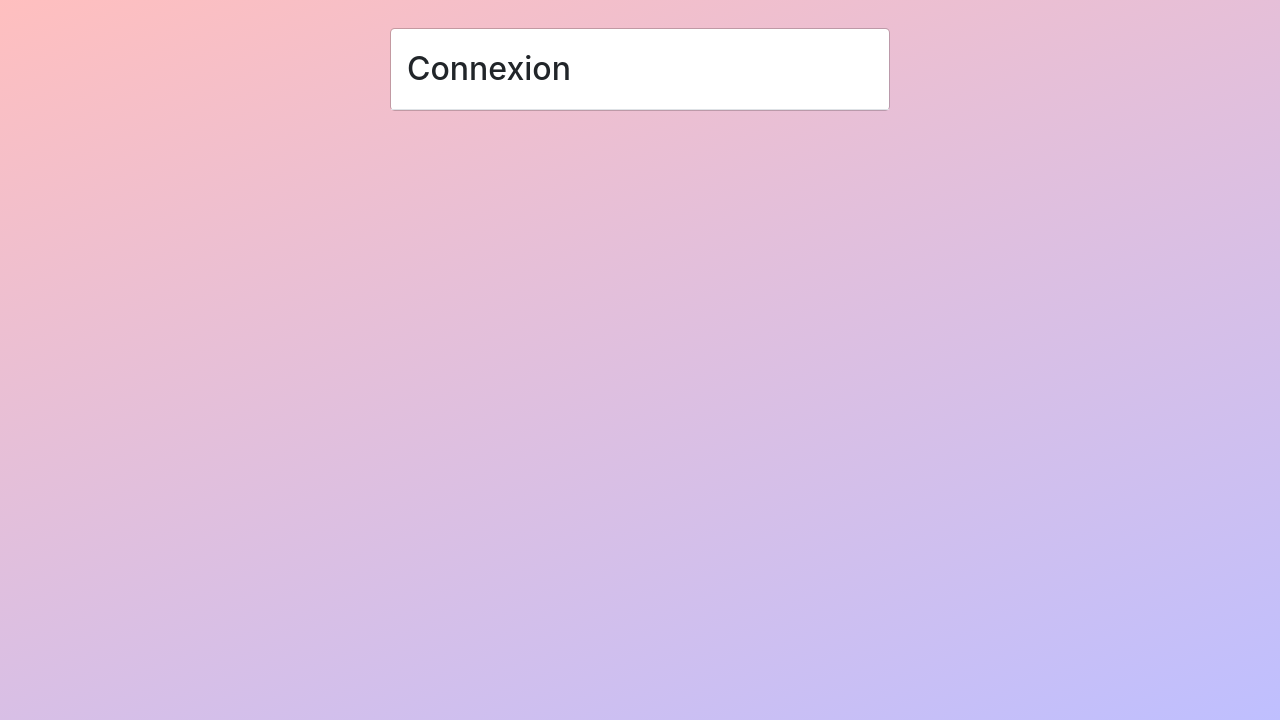
Repository: FS-23/react-task-manager
Page: /login
An editor plug-in stored every save of this project. The page is shown before and after the next save, followed by the edit.
The browser window is 1280 px wide. The pictures show the whole page.
The project was rebuilt for these pictures with package versions that can differ from the ones it lists, and the page was loaded fresh each time.

Above is the page before, as saved 2022-04-28 14:21:20.

### public/index.html
<!DOCTYPE html>
<html lang="en">
  <head>
    <meta charset="utf-8" />
    <link rel="icon" href="%PUBLIC_URL%/favicon.ico" />
    <meta name="viewport" content="width=device-width, initial-scale=1" />
    <meta name="theme-color" content="#000000" />
    <meta  name="description" content="Web site created using create-react-app"/>
    <link rel="apple-touch-icon" href="%PUBLIC_URL%/logo192.png" />

    <link rel="manifest" href="%PUBLIC_URL%/manifest.json" />

    <title>React App</title>

    <!-- CSS only -->
   <link href="https://cdn.jsdelivr.net/npm/bootstrap@5.1.3/dist/css/bootstrap.min.css" rel="stylesheet" >
  </head>
  <body>
    <noscript>You need to enable JavaScript to run this app.</noscript>
    <div id="root"></div>


    <!-- JavaScript Bundle with Popper -->
    <script src="https://cdn.jsdelivr.net/npm/bootstrap@5.1.3/dist/js/bootstrap.bundle.min.js"></script>
  </body>
</html>

### src/index.js
import React from 'react';
import ReactDOM from 'react-dom/client';
import './index.css';
import App from './App';
//import 'https://cdn.jsdelivr.net/npm/bootstrap@5.1.3/dist/css/bootstrap.min.css'

const root = ReactDOM.createRoot(document.getElementById('root'));
root.render(
  <React.StrictMode>
    <App />
  </React.StrictMode>
);

// If you want to start measuring performance in your app, pass a function
// to log results (for example: reportWebVitals(console.log))
// or send to an analytics endpoint. Learn more: https://bit.ly/CRA-vitals

### src/index.css
body {
  margin: 0;
  font-family: -apple-system, BlinkMacSystemFont, 'Segoe UI', 'Roboto', 'Oxygen',
    'Ubuntu', 'Cantarell', 'Fira Sans', 'Droid Sans', 'Helvetica Neue',
    sans-serif;
  -webkit-font-smoothing: antialiased;
  -moz-osx-font-smoothing: grayscale;
}

code {
  font-family: source-code-pro, Menlo, Monaco, Consolas, 'Courier New',
    monospace;
}


.login-bg {
     background-image: linear-gradient(160deg , red , blue);

}

### src/App.js

import Login from "./components/Login";
function App() {
  return (
    <div className="App">
         <Login />
    </div>
  );
}




export default App;

### src/components/Login.js
import { useState } from 'react'
function Login(){
    let [email , setEmail]= useState('')
    let [password , setPassword]= useState('')
    let [loading , setLoading]= useState(false)

    function handleEmailChange(event){
        setEmail(event.target.value)
    }

    function handlePasswordChange(event){
        setPassword(event.target.value)
    }

    function handleFormSubmit(event){
        event.preventDefault()
        console.log('form infos', {email , password})
        setLoading(true)
        setTimeout(()=> {
           setLoading(false)
        }, 3000)
    }
     return(
         <>
             <div className='position-fixed vw-100 vh-100  top-0'>
                    <div className="login-bg position-absolute opacity-25 top-0 w-100 h-100">

                    </div>

                    <div className='position-relative'>
                         <div className='modal-dialog'>
                               <div className='modal-content'>
                                    <div className='modal-header'>
                                        <h2 className='modal-title'>Connexion</h2>
                                    </div>
                               </div>
                         </div>
                    </div>
             </div>
         </>
     )
}

export default Login




/*

<form onSubmit={handleFormSubmit}>
                     <div className="mt-4">
                        <input className="form-control" onChange={handleEmailChange}/>
                     </div>
                     <div className="mt-4">
                       <input className="form-control" onChange={handlePasswordChange}/>
                     </div>
                     <button className="btn btn-primary mt-4">
                         Connecter
                         {loading ? <div className='spinner-border ms-1 spinner-border-sm'></div>: ''}
                     </button>
                     <div className='mt-3'>
                            email: {email} ---
                            password: {password}
                     </div>
                 </form>
                 */

After the next save:
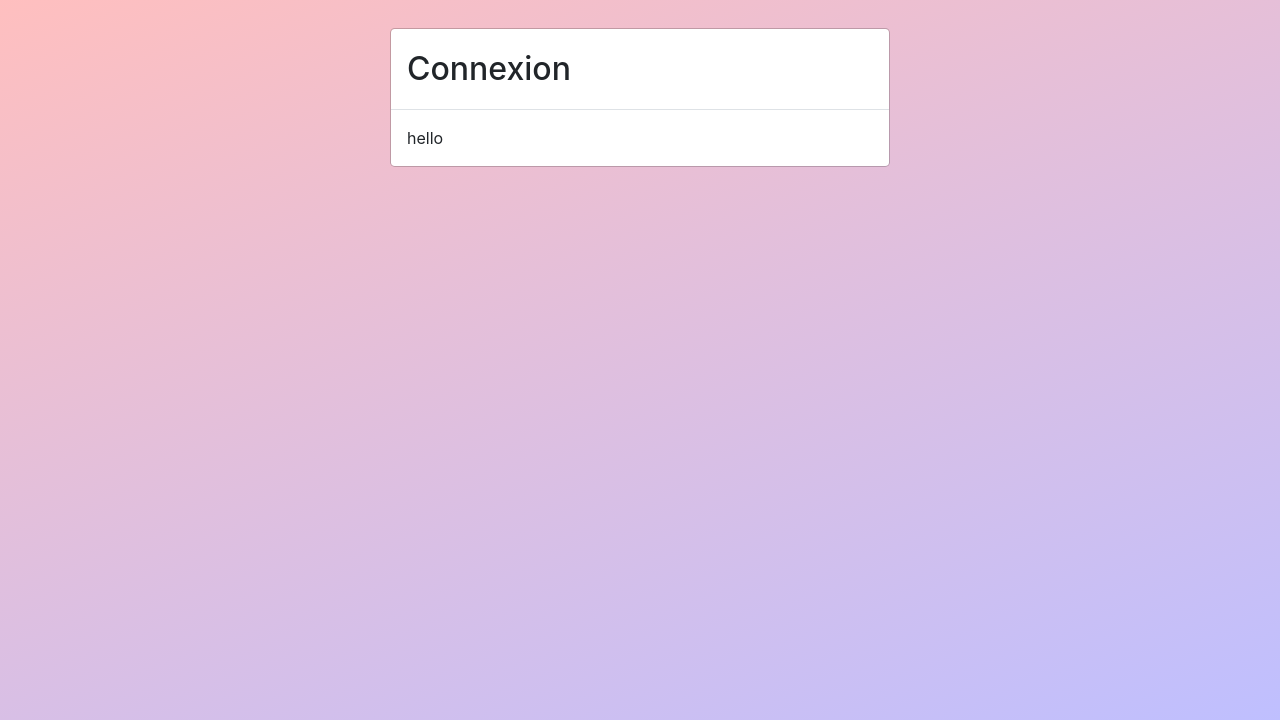
Saved 39 s later.
--- a/src/components/Login.js
+++ b/src/components/Login.js
@@ -33,6 +33,9 @@ function Login(){
                                     <div className='modal-header'>
                                         <h2 className='modal-title'>Connexion</h2>
                                     </div>
+                                    <div className='modal-body'>
+                                          hello
+                                    </div>
                                </div>
                          </div>
                     </div>
